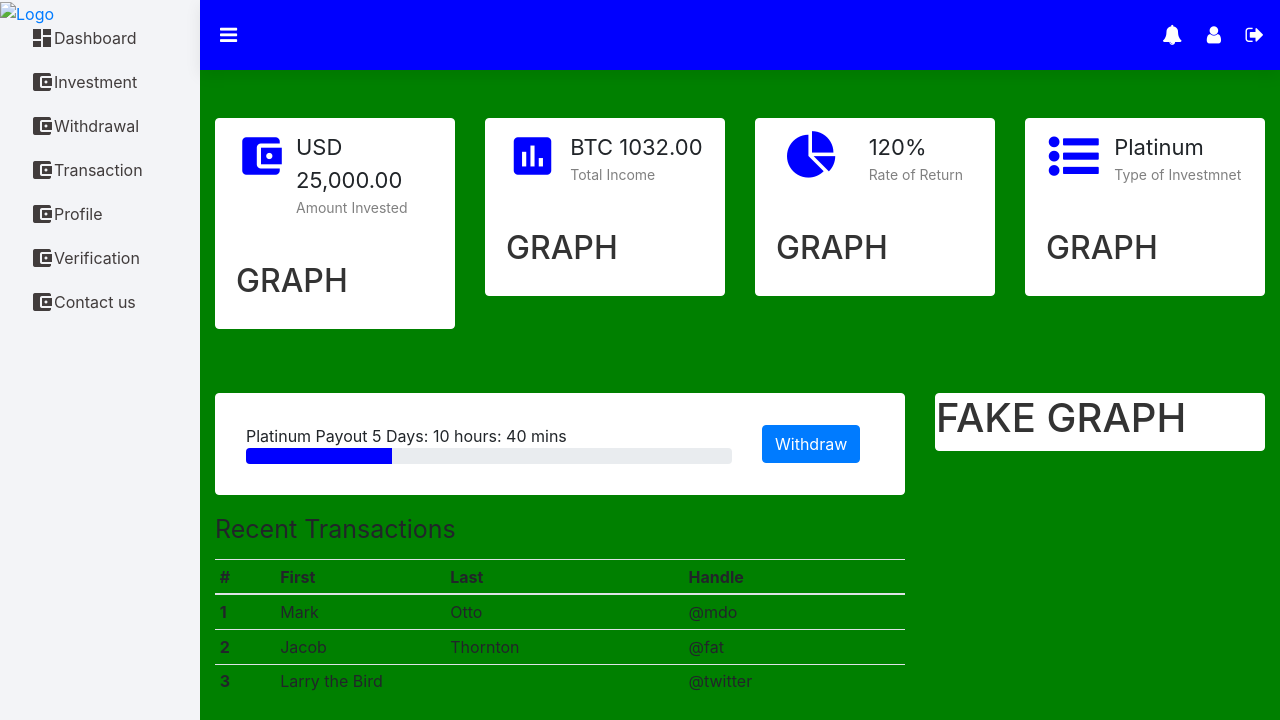
Repository: latenightsnacc/Static-Web-Projects
Page: investment-site/index.html
An editor plug-in stored every save of this project. The page is shown before and after the next save, followed by the edit.
The browser window is 1280 px wide. The pictures show the whole page.
Some web libraries are served in a nearby version. The style sheet was rebuilt from its Sass, Less or Tailwind sources for each picture, by a compiler version that may differ from the author's.

Above is the page before, as saved 2020-07-31 10:07:45.
Console error (its wording comes from the project's code and is left out).

### investment-site/index.html
<!DOCTYPE html>
<html lang="en">
<head>
    <meta charset="UTF-8">
    <meta name="viewport" content="width=device-width, initial-scale=1.0">
    <link rel="stylesheet" href="https://cdn.jsdelivr.net/npm/uikit@3.5.4/dist/css/uikit.min.css" />
    <!--Bootstrap-->
    <link rel="stylesheet" href="https://stackpath.bootstrapcdn.com/bootstrap/4.5.0/css/bootstrap.min.css" integrity="sha384-9aIt2nRpC12Uk9gS9baDl411NQApFmC26EwAOH8WgZl5MYYxFfc+NcPb1dKGj7Sk" crossorigin="anonymous">
    <!--Font awesome -->
    <link rel="stylesheet" href="https://stackpath.bootstrapcdn.com/font-awesome/4.7.0/css/font-awesome.min.css">
    <!--Google Icons-->
    <link href="https://fonts.googleapis.com/icon?family=Material+Icons" rel="stylesheet">
    <!--Custom Stylesheet-->
    <link rel="stylesheet" href="stylesheet.css">
    <title>Investment Site</title>
</head>
<body>
    <main class="row">
        <!--Sidebar-->
        <div class="col-s2 col-md-2 col-lg-2">
            <div class="sidebar">
                <div class="sideNav-menu">
                    <a href="index.html">
                        <img src="#" alt="Logo" />
                    </a>
                    <ul class="side-menu">
                        <li>
                            <a href="#" class="menu-item">
                                <span class="material-icons">dashboard</span>
                                <span class="menu-link">Dashboard</span>
                            </a>
                        </li>
                        <li>
                            <a href="#" class="menu-item">
                                <span class="material-icons">account_balance_wallet</span>
                                <span class="menu-link">Investment</span>
                            </a>
                        </li>
                        <li>
                            <a href="#" class="menu-item">
                                <span class="material-icons">account_balance_wallet</span>
                                <span class="menu-link">Withdrawal</span>
                            </a>
                        </li>
                        <li>
                            <a href="#" class="menu-item">
                                <span class="material-icons">account_balance_wallet</span>
                                <span class="menu-link">Transaction</span>
                            </a>
                        </li>
                        <li>
                            <a href="#" class="menu-item">
                                <span class="material-icons">account_balance_wallet</span>
                                <span class="menu-link">Profile</span>
                            </a>
                        </li>
                        <li>
                            <a href="#" class="menu-item">
                                <span class="material-icons">account_balance_wallet</span>
                                <span class="menu-link">Verification</span>
                            </a>
                        </li>
                        <li>
                            <a href="#" class="menu-item">
                                <span class="material-icons">account_balance_wallet</span>
                                <span class="menu-link">Contact us</span>
                            </a>
                        </li>
                    </ul>
                </div>
            </div>
        </div>

        <!--Main-->
        <div class="main-content" id="main">

            <!--Header-->
            <div class="header">
                <div class="menu">
                    <button class="icon" id="menu-icon">
                        <i class="fa fa-bars"></i>
                    </button>
                    <div class="other-icons pr-3">
                        <button class="icon">
                            <i class="fa fa-bell"></i>
                        </button>
                        <button class="icon">
                            <i class="fa fa-user"></i>
                        </button>
                        <button class="icon">
                            <i class="fa fa-sign-out"></i>
                        </button>
                    </div>
                </div>
            </div>

            <!--Summary Cards-->
            <div class="container">
                <div class="row mt-5">
                    <div class="col-sm-12 col-md-3 col-lg-3">
                        <div class="card mb-3">
                            <div class="card-header">
                                <span class="material-icons sc-icon">account_balance_wallet</span>
                                <div class="card-title">USD 25,000.00
                                    <span>Amount Invested</span>
                                </div>
                            </div>
                            <div class="card-body">
                                <h2>GRAPH</h2>
                            </div>
                        </div>
                    </div>
                    <div class="col-sm-12 col-md-3 col-lg-3">
                        <div class="card mb-3">
                            <div class="card-header">
                                <span class="material-icons sc-icon">assessment</span>
                                <div class="card-title">BTC 1032.00
                                    <span>Total Income</span>
                                </div>
                            </div>
                            <div class="card-body">
                                <h2>GRAPH</h2>
                            </div>
                        </div>
                    </div>
                    <div class="col-sm-12 col-md-3 col-lg-3">
                        <div class="card mb-3">
                            <div class="card-header">
                                <span class="fa fa-pie-chart sc-icon"></span>
                                <div class="card-title">120%
                                    <span>Rate of Return</span>
                                </div>
                            </div>
                            <div class="card-body">
                                <h2>GRAPH</h2>
                            </div>
                        </div>
                    </div>
                    <div class="col-sm-12 col-md-3 col-lg-3">
                        <div class="card mb-3">
                            <div class="card-header">
                                <span class="fa fa-list-ul sc-icon"></span>
                                <div class="card-title">Platinum
                                    <span>Type of Investmnet</span>
                                </div>
                            </div>
                            <div class="card-body">
                                <h2>GRAPH</h2>
                            </div>
                        </div>
                    </div>
                </div>
            </div>

            <div class="container">
                <div class="row mt-5">
                    <div class="col-sm-12 col-md-8 col-lg-8">
                        <div class="card">
                            <div class="row card-container">
                                <div class="col-sm-9 col-md-9 col-lg-9">
                                    <div class="investment-title">Platinum Payout
                                        <span>5 Days: 10 hours: 40 mins</span>
                                    </div>
                                    <div class="progress">
                                        <div class="progress-bar" role="progressbar" style="width: 30%" aria-valuenow="30" aria-valuemin="30" aria-valuemax="100"></div>
                                    </div>
                                </div>
                                <div class="col-sm-3 col-md-3 col-lg-3">
                                    <div class="btnBox">
                                        <button class="btn btn-primary">Withdraw</button>
                                    </div>
                                </div>
                            </div>
                        </div>

                        <!--Table-->
                        <div class="table-container mt-3">
                            <div class="table-title">Recent Transactions</div>
                            <table class="table table-sm">
                                <thead>
                                  <tr>
                                    <th scope="col">#</th>
                                    <th scope="col">First</th>
                                    <th scope="col">Last</th>
                                    <th scope="col">Handle</th>
                                  </tr>
                                </thead>
                                <tbody>
                                  <tr>
                                    <th scope="row">1</th>
                                    <td>Mark</td>
                                    <td>Otto</td>
                                    <td>@mdo</td>
                                  </tr>
                                  <tr>
                                    <th scope="row">2</th>
                                    <td>Jacob</td>
                                    <td>Thornton</td>
                                    <td>@fat</td>
                                  </tr>
                                  <tr>
                                    <th scope="row">3</th>
                                    <td colspan="2">Larry the Bird</td>
                                    <td>@twitter</td>
                                  </tr>
                                </tbody>
                            </table>
                        </div>
                    </div>
                    <div class="col-sm-12 col-md-4 col-lg-4">
                        <div class="card">
                            <h1>FAKE GRAPH</h1>
                        </div>
                    </div>
                </div>
            </div>

        </div>
    </main>
    <script src="https://code.jquery.com/jquery-3.5.1.slim.min.js" integrity="sha384-DfXdz2htPH0lsSSs5nCTpuj/zy4C+OGpamoFVy38MVBnE+IbbVYUew+OrCXaRkfj" crossorigin="anonymous"></script>
    <script src="https://cdn.jsdelivr.net/npm/popper.js@1.16.0/dist/umd/popper.min.js" integrity="sha384-Q6E9RHvbIyZFJoft+2mJbHaEWldlvI9IOYy5n3zV9zzTtmI3UksdQRVvoxMfooAo" crossorigin="anonymous"></script>
    <script src="https://stackpath.bootstrapcdn.com/bootstrap/4.5.0/js/bootstrap.min.js" integrity="sha384-OgVRvuATP1z7JjHLkuOU7Xw704+h835Lr+6QL9UvYjZE3Ipu6Tp75j7Bh/kR0JKI" crossorigin="anonymous"></script>
    <script src="https://cdnjs.cloudflare.com/ajax/libs/jquery/3.5.1/jquery.min.js"></script>
    <script src="main.js"></script>
</body>
</html>

### investment-site/main.js
$('#').toggle(
    function() {
        $('#main').css('left', '0')
    }, function() {
        $('#main').css('left', '200px')
    }
)

### investment-site/stylesheet.scss
@import 'variables';

*{
    margin: 0;
    padding: 0;
    box-sizing: border-box;
    list-style: none;

    a {
        &:hover {
            text-decoration: none;
        }
    }
}

body,html {
    background-color: $bG;
    position: relative;
    overflow-x: hidden;
    height: 100%;
}
#side-nav, #main {
    position: absolute;
}
#side-nav {
    top: 0px;
    width: 200px;
    bottom: 0px;
    height: 100%;
    background-color:orange;
    display: flex;
    flex-direction: column;
    align-items: center;
}
#main {
    top: 0px;
    left: 200px;
    right: 0;
    bottom: 0;
    background:green;

}

.header {
    background-color: $blue;
    box-shadow: $bS;

}

.menu {
    display: flex;
    justify-content: space-between;
    align-items: center;
    height: 70px;
}

.icon {
    background-color: transparent;
    border: none;
    color: white;
    font-size: 20px;
    margin-left: 20px;
}

.sc-icon {
    font-size: 50px;
    color: $blue;
}

.sideNav-menu {

    img{
        height: 100px;
    }
    li {
        margin-bottom: 20px;
        .menu-item {
            display: flex;
            align-items: center;
            color: rgb(65, 60, 60);

            &:hover {
                color: blue;
            }
        }

    }
}
.card {
    border: 1px solid $white;
    .card-header{
        background-color: $white !important;
        border: none;
        display: flex;
        justify-content: space-around;
        align-items: flex-start;
    }
    .card-title {
        display: flex;
        flex-direction: column;
        font-size: 22px;
        padding-left: 10px;
        span {
            font-size: 14px;
            color: grey;
        }
    }
}
.card-container {
    display: flex;
    height: 100px;
    align-items: center;
    padding-left: 30px;
}

.progress-bar {
    background-color: blue !important;
}

.table-title {
    font-size: 25px;
    padding-bottom: 10px;
}

### investment-site/_variables.scss
$bS: 0 5px 15px rgba(0,0,0,0.08);
$blue: blue;
$bG: #f3f4f7;
$white: #fff;

After the next save:
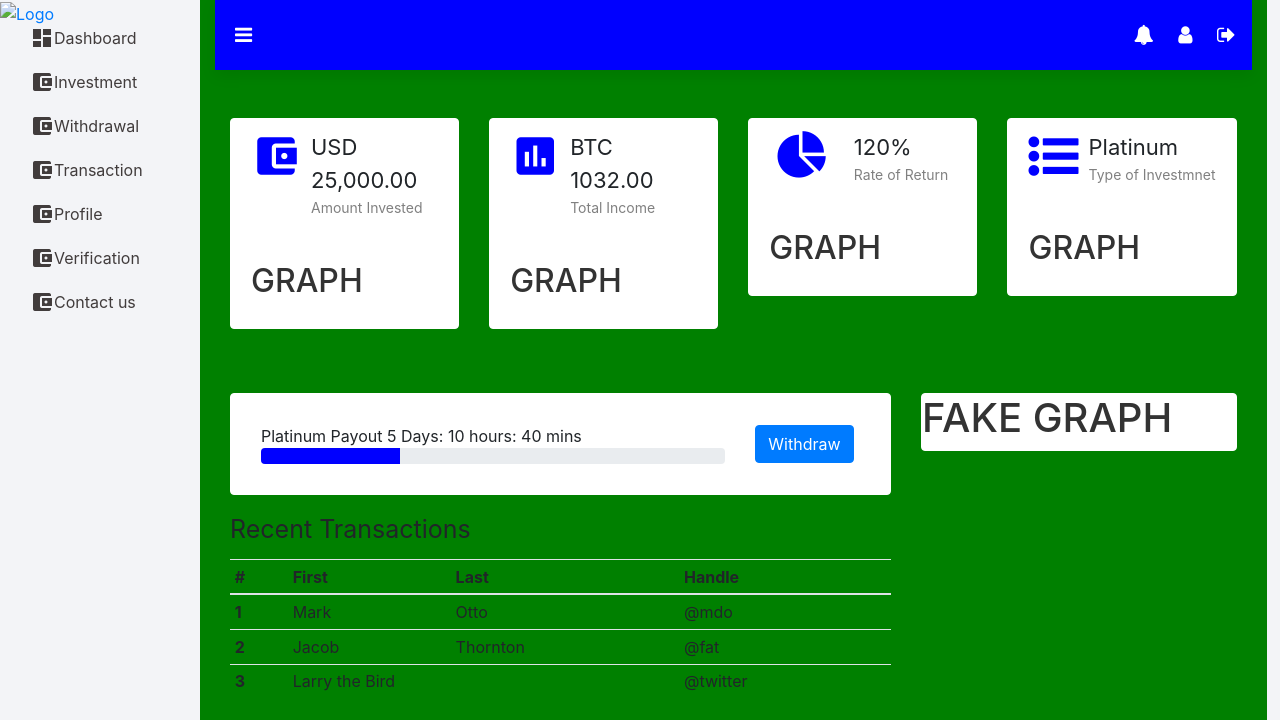
Saved 37 s later.
--- a/investment-site/index.html
+++ b/investment-site/index.html
@@ -72,7 +72,7 @@
         </div>
 
         <!--Main-->
-        <div class="main-content" id="main">
+        <div class="col-s10 col-md-10 col-lg-10 main-content" id="main">
 
             <!--Header-->
             <div class="header">

After the save that followed:
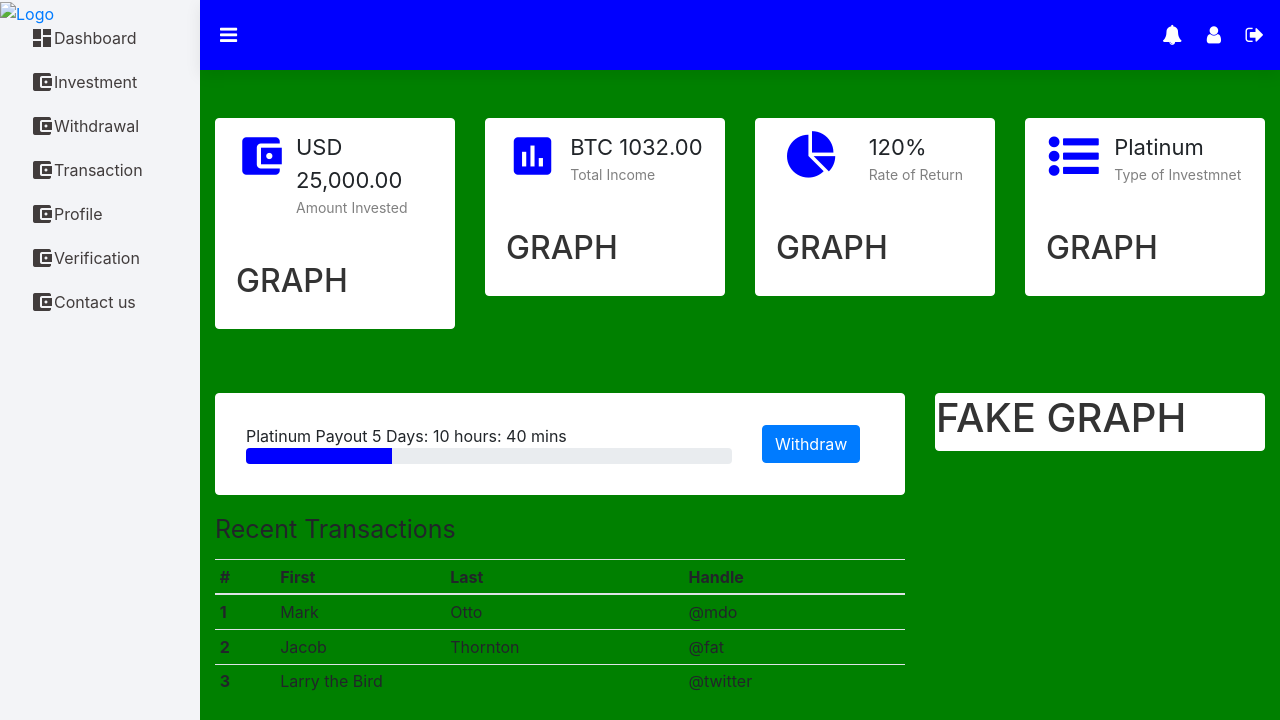
Saved 24 s later.
--- a/investment-site/index.html
+++ b/investment-site/index.html
@@ -72,7 +72,7 @@
         </div>
 
         <!--Main-->
-        <div class="col-s10 col-md-10 col-lg-10 main-content" id="main">
+        <div class="main-content" id="main">
 
             <!--Header-->
             <div class="header">
